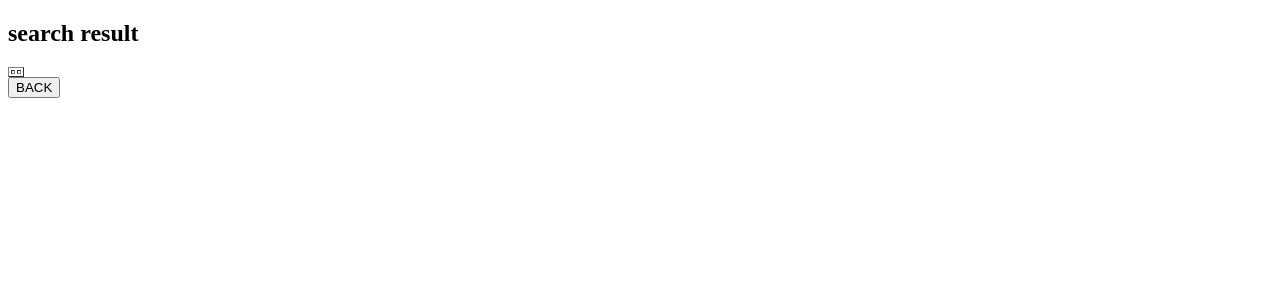
Repository: MIR013/KNU_DB_Project_Team5
Page: http://localhost/Databaase/search_category_result.jsp
An editor plug-in stored every save of this project. The page is shown before and after the next save, followed by the edit.
The browser window is 1280 px wide. The pictures show the whole page.
The page is served by Tomcat 9. Queries for data that is not in the repository find no rows.

Above is the page before, as saved 2018-11-15 13:11:47.

### dbphase/Databaase/WebContent/search_category_result.jsp
<%@ page language="java" contentType="text/html; charset=UTF-8"
    pageEncoding="UTF-8"%>
<%@ page language="java" import="java.text.*,java.sql.*" %>
<!DOCTYPE html>
<html>
<head>
<meta charset="UTF-8">
<title>Insert title here</title>
</head>
<body>
<h2>search result</h2>
<%
String serverIP = "localhost";
String dbName = "phase2";
String portNum = "3306";
String url = "jdbc:mysql://" + serverIP + ":" + portNum + "/" + dbName;
String user = "knu";
String pass = "comp322";
Connection conn = null;

Class.forName("com.mysql.jdbc.Driver");
conn = DriverManager.getConnection(url,user,pass);
PreparedStatement pstmt;
ResultSet rs;
ResultSetMetaData rsmd;
int cnt;
String query;
conn.setAutoCommit(false);
%>
<%
	String lcat = request.getParameter("largecat");
	String mcat = request.getParameter("middlecat");
	String scat = request.getParameter("SmallCat");

	query = "SELECT I.Item_id, I.Item_name FROM ITEM I, CATEGORY C WHERE C.Large_category = '"+lcat
			+"' AND C.Middle_category = '"+mcat+"' AND C.Small_category = '"+scat+"' AND C.Category_no = I.Category_no";
	pstmt = conn.prepareStatement(query);
	rs = pstmt.executeQuery();

	out.print("<table border=\"1\">");
	rsmd = rs.getMetaData();
	cnt = rsmd.getColumnCount();
	for(int i=1;i<=cnt;i++){
		out.println("<th>"+rsmd.getCatalogName(i)+"</th>");
	}
	while(rs.next()){
		out.print("<tr>");
		out.print("<td>"+rs.getString(1)+"</td>");
		out.print("<td>"+rs.getString(2)+"</td>");
		out.print("<td>");
		out.print("<form action='item_detail.jsp' method='POST'>");
		out.print("<input type=\"hidden\" name = \"selectID\" value = "+lcat+" />");
		out.print("<input type=\"submit\" value=\"Detail\"/>");
		out.print("</form>");
		out.print("</td>");
		out.print("</tr>");
	}
	out.print("</table>");

%>
<%
String nextpage = "<form action=\"main_page.jsp\" method=\"POST\">" +
			"<input type=\"submit\" value=\"BACK\"/>" +
			"</form>";
out.print(nextpage);
%>
</body>
</html>

After the next save:
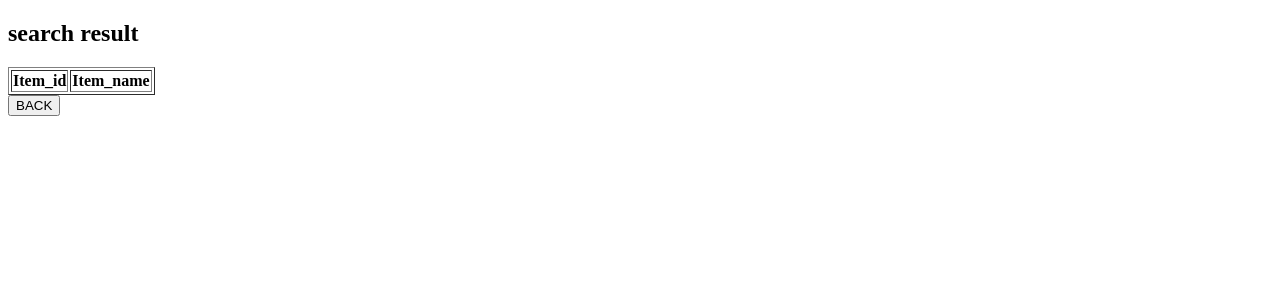
Saved 25 s later.
--- a/dbphase/Databaase/WebContent/search_category_result.jsp
+++ b/dbphase/Databaase/WebContent/search_category_result.jsp
@@ -41,15 +41,16 @@ conn.setAutoCommit(false);
 	rsmd = rs.getMetaData();
 	cnt = rsmd.getColumnCount();
 	for(int i=1;i<=cnt;i++){
-		out.println("<th>"+rsmd.getCatalogName(i)+"</th>");
+		out.println("<th>"+rsmd.getColumnName(i)+"</th>");
 	}
 	while(rs.next()){
 		out.print("<tr>");
-		out.print("<td>"+rs.getString(1)+"</td>");
+		String iid = rs.getString(1);
+		out.print("<td>"+iid+"</td>");
 		out.print("<td>"+rs.getString(2)+"</td>");
 		out.print("<td>");
 		out.print("<form action='item_detail.jsp' method='POST'>");
-		out.print("<input type=\"hidden\" name = \"selectID\" value = "+lcat+" />");
+		out.print("<input type=\"hidden\" name = \"selectID\" value = "+iid+" />");
 		out.print("<input type=\"submit\" value=\"Detail\"/>");
 		out.print("</form>");
 		out.print("</td>");
